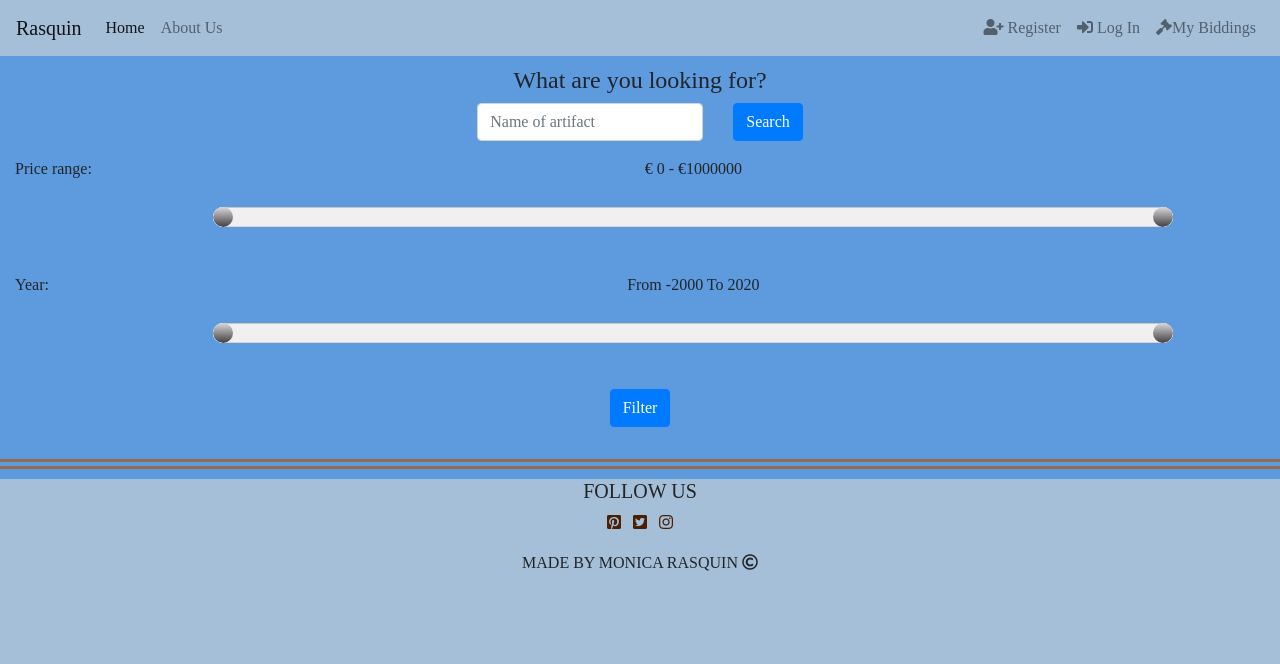
Repository: Rasquin/auction
Page: templates/base.html
The author's editor kept a record of every edit. The page is drawn from the files as they stood at one moment, then again after the next edit.
The browser window is 1280 px wide. The pictures show the whole page.
The template is drawn by Django 2.2. The application's start-up code is not run. Other server files are loaded and not shown. The template is opened directly, without the code that normally fills it, so the values that code supplies are empty.

Above is the page before.

### templates/base.html
<!DOCTYPE html>

{% load staticfiles %}

<html lang="en">

<head>
    <meta charset="UTF-8">
    <meta name="viewport" content="width=device-width, initial-scale=1.0">
    <meta http-equiv="X-UA-Compatible" content="ie=edge">

    <!-- Bootstrap compiled and minified CSS -->
    <link rel="stylesheet" href="https://stackpath.bootstrapcdn.com/bootstrap/4.3.1/css/bootstrap.min.css" integrity="sha384-ggOyR0iXCbMQv3Xipma34MD+dH/1fQ784/j6cY/iJTQUOhcWr7x9JvoRxT2MZw1T" crossorigin="anonymous">

    <!-- Font Awesome compiled and minified CSS -->
    <link rel="stylesheet" href="{% static 'font-awesome/css/all.css' %}">



    <!-- Own CSS -->
    <link rel="stylesheet" href="{% static 'css/mystyle.css' %}" type="text/css" />


    <!-- Own Scripts -->
    <script type="text/javascript" src="{% static 'js/myscript.js' %}"></script>



    {% block head_js %}
    {% endblock head_js %}

    <title>Monica's Auction</title>
</head>


<body>
    <!-- NavBar area -  Fixed masthead -->
    <nav class="navbar navbar-expand-lg navbar-light bg-light">
        <a class="navbar-brand" href="#">Rasquin</a>
        <button class="navbar-toggler" type="button" data-toggle="collapse" data-target="#navbarSupportedContent" aria-controls="navbarSupportedContent" aria-expanded="false" aria-label="Toggle navigation">
            <span class="navbar-toggler-icon"></span>
        </button>

        <div class="collapse navbar-collapse" id="navbarSupportedContent">
            <ul class="navbar-nav mr-auto">
                <li class="nav-item active">
                    <a class="nav-link" href="{% url 'index' %}">Home <span class="sr-only">(current)</span></a>
                </li>
                <li class="nav-item">
                    <a class="nav-link" href="#">About Us</a>
                </li>
            </ul>
            <ul class="navbar-nav navbar-right">
                    {% if user.is_authenticated %}
                        <li class="nav-item">
                            <a class="nav-link" href="{% url 'profile' %}"><i class="fa fa-user"></i> Profile</a>
                        </li>
                        <li class="nav-item">
                            <a class="nav-link" href="{% url 'logout' %}"><i class="fa fa-sign-out-alt"></i> Log Out</a>
                        </li>
                    {%  else %}
                        <li class="nav-item">
                            <a class="nav-link" href="{% url 'register' %}"><i class="fa fa-user-plus"></i> Register</a>
                        </li>
                        <li class="nav-item">
                            <a class="nav-link" href="{% url 'login' %}"><i class="fa fa-sign-in-alt"></i> Log In</a>
                        </li>
                    {% endif %}
                        <li class="nav-item">
                            <a class="nav-link" href="{% url 'view_my_biddings' %}">
                                <i class="fas fa-gavel"></i>My Biddings
                                {% if product_count > 0 %}
                                <label class="badge badge-warning">{{ product_count }}</label>
                                {% endif %}
                            </a>
                        </li>

                </ul>
        </div>
    </nav>

    <!-- Messages area -->
    {% if messages %}
        <div class="alert alert-success">
            <div class="messages">
                {% for message in messages %}
                    {{ message }}
                {% endfor %}
            </div>
        </div>
    {% endif %}

    <div class="container-general">
        <!-- Search area -->
        <div class="container-fluid border-bottom-double">
            <h4 class="text-center"> What are you looking for?</h4>
            <div class="row ">

                <!-- Search by name -->
                <form action="{% url 'search_by_name' %}" method="get" class="col-12">
                    {% csrf_token %}
                    <div class="form-group">
                        <div class="row justify-content-center">
                            <div class="col-auto">
                                <input type="text" class="form-control" id="artifact_name" name="artifact_name" required placeholder="Name of artifact">
                            </div>
                            <div class="col-auto">
                                <button class="btn btn-primary" type="search">Search</button>
                            </div>
                        </div>
                    </div>
                </form>

                <!-- Filters -->
                <form action="{% url 'filters' %}" method="post" class="col-12">
                    {% csrf_token %}

                    <!-- Price Filter -->
                    <div class="form-group">
                        <div class="row">
                            <div class="col-12 col-md-2">
                                <p>
                                    <label for="amount">Price range:</label>

                                </p>
                            </div>
                            <div class="col-12 col-md-9">

                                <section class="range-slider-price range-slider">

                                    <span class="rangePriceValues rangeValues"></span>
                                    <input value="0" min="0" max="1000000" step="500" type="range" name="min_price">
                                    <input value="1000000" min="0" max="1000000" step="500" type="range" name="max_price">
                                </section>
                            </div>
                        </div>
                    </div>
                    <!-- Year Filter -->
                    <div class="form-group">
                        <div class="row">
                            <div class="col-12 col-md-2">
                                <p>
                                    <label for="amount">Year:</label>

                                </p>
                            </div>
                            <div class="col-12 col-md-9">

                                <section class="range-slider-year range-slider">

                                    <span class="rangeYearValues"></span>
                                    <input value="-2000" min="-2000" max="2020" step="20" type="range" name="min_year">
                                    <input value="2020" min="-2000" max="2020" step="20" type="range" name="max_year">
                                </section>
                            </div>
                        </div>
                    </div>
                    <!-- Filter Button -->
                    <div class="form-group">
                        <div class="row">
                            <div class="col-12">
                                <p class="text-center">
                                    <button class="btn btn-primary" type="search">Filter</button>
                                </p>
                            </div>
                    </div>
                    </div>

                </form>

            </div>
        </div>

        <!-- Block content area -->
        <div class="container-fluid">
            {% block content %} {% endblock %}
        </div>

    </div>

    <!-- Footer area -->
    <footer class="container-fluid">


        <!-- SOCIAL MEDIA-->
        <div class="row ">
            <div class="col-12 text-center">
                <h5 class="text-uppercase">Follow Us</h5>
                <ul class="list-inline social-links">
                    <li class="list-inline-item"><a href="#"><i class="fab fa-pinterest-square"  aria-hidden="true"></i></a></li>
                    <li class="list-inline-item"><a href="#"><i class="fab fa-twitter-square" aria-hidden="true"></i></a></li>
                    <li class="list-inline-item"><a href="#"><i class="fab fa-instagram" aria-hidden="true"></i></a></li>
                </ul>
            </div>
        </div>

        <!--COPYRIGHT-->
        <div class="row ">
            <div class="col-12">

                <p class="text-center text-uppercase">Made by Monica Rasquin <i class="far fa-copyright"></i> </p>
            </div>
        </div>
    </footer>


    <!-- Bootstrap compiled and minified JavaScript -->
    <script src="https://code.jquery.com/jquery-3.3.1.slim.min.js" integrity="sha384-q8i/X+965DzO0rT7abK41JStQIAqVgRVzpbzo5smXKp4YfRvH+8abtTE1Pi6jizo" crossorigin="anonymous"></script>
    <script src="https://cdnjs.cloudflare.com/ajax/libs/popper.js/1.14.7/umd/popper.min.js" integrity="sha384-UO2eT0CpHqdSJQ6hJty5KVphtPhzWj9WO1clHTMGa3JDZwrnQq4sF86dIHNDz0W1" crossorigin="anonymous"></script>
    <script src="https://stackpath.bootstrapcdn.com/bootstrap/4.3.1/js/bootstrap.min.js" integrity="sha384-JjSmVgyd0p3pXB1rRibZUAYoIIy6OrQ6VrjIEaFf/nJGzIxFDsf4x0xIM+B07jRM" crossorigin="anonymous"></script>

</body>
</html>

### static/js/myscript.js
//--------------------------------------Slider for Prices filter
function getPriceVals() {
    // Get slider price values
    var parent = this.parentNode;
    var slides = parent.getElementsByTagName("input");
    var slide1 = parseFloat(slides[0].value);
    var slide2 = parseFloat(slides[1].value);
    // Neither slider will clip the other, so make sure we determine which is larger
    if (slide1 > slide2) { var tmp = slide2;
        slide2 = slide1;
        slide1 = tmp; }

    var displayElement = parent.getElementsByClassName("rangePriceValues")[0];
    displayElement.innerHTML = "€ " + slide1 + " - €" + slide2;
}

//--------------------------------------Slider for Year filter
function getYearVals() {
    // Get Year slider values
    var parent = this.parentNode;
    var slides = parent.getElementsByTagName("input");
    var slide1 = parseFloat(slides[0].value);
    var slide2 = parseFloat(slides[1].value);
    // Neither slider will clip the other, so make sure we determine which is larger
    if (slide1 > slide2) { var tmp = slide2;
        slide2 = slide1;
        slide1 = tmp; }

    var displayElement = parent.getElementsByClassName("rangeYearValues")[0];
    displayElement.innerHTML = "From " + slide1 + " To " + slide2;
}

//----------------------------------------------- Initialize Sliders
window.onload = function() {
    // For Price
    var sliderSectionsPrice = document.getElementsByClassName("range-slider-price");
    for (var x = 0; x < sliderSectionsPrice.length; x++) {
        var slidersPrice = sliderSectionsPrice[x].getElementsByTagName("input");
        for (var y = 0; y < slidersPrice.length; y++) {
            if (slidersPrice[y].type === "range") {
                slidersPrice[y].oninput = getPriceVals;
                // Manually trigger event first time to display values
                slidersPrice[y].oninput();
            }
        }
    }
    // For Year
    var sliderSectionsYear = document.getElementsByClassName("range-slider-year");
    for (var x = 0; x < sliderSectionsYear.length; x++) {
        var slidersYear = sliderSectionsYear[x].getElementsByTagName("input");
        for (var y = 0; y < slidersYear.length; y++) {
            if (slidersYear[y].type === "range") {
                slidersYear[y].oninput = getYearVals;
                // Manually trigger event first time to display values
                slidersYear[y].oninput();
            }
        }
    }
}

Loaded but not shown: static/font-awesome/css/all.css (library); static/css/mystyle.css (common file)

After the next edit:
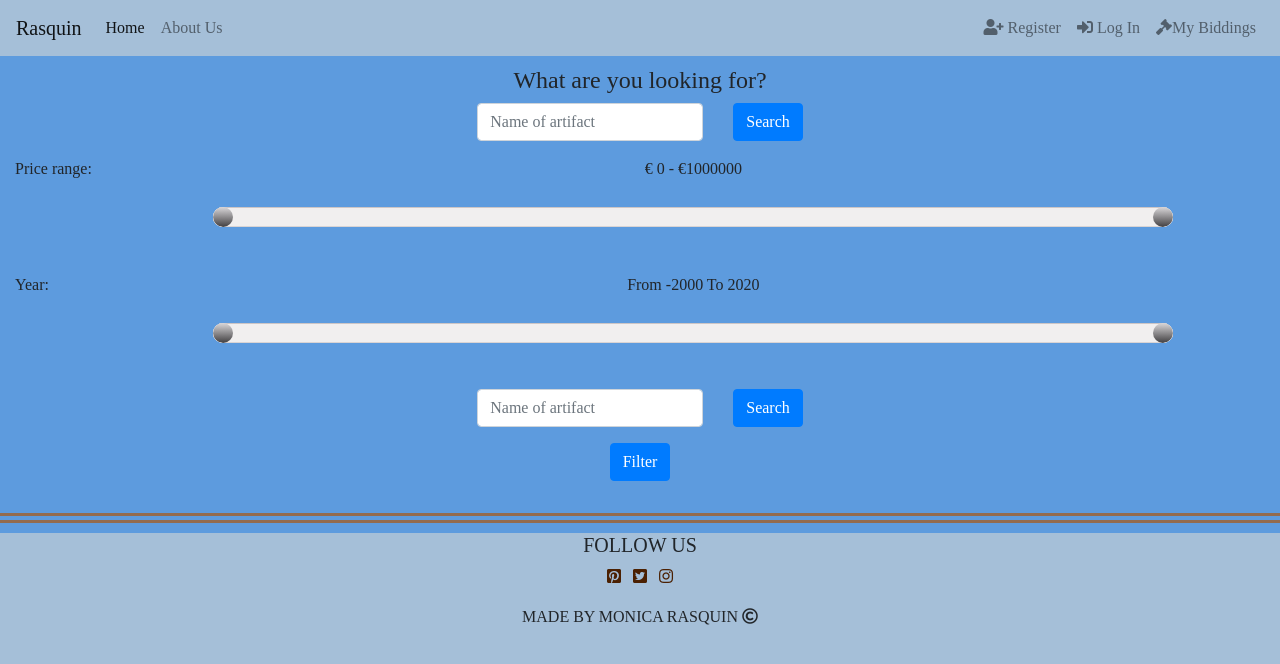
The edit:
--- a/templates/base.html
+++ b/templates/base.html
@@ -155,6 +155,17 @@
                             </div>
                         </div>
                     </div>
+                    <!-- Origin Filter -->
+                    <div class="form-group">
+                        <div class="row justify-content-center">
+                            <div class="col-auto">
+                                <input type="text" class="form-control" id="artifact_name" name="artifact_name" required placeholder="Name of artifact">
+                            </div>
+                            <div class="col-auto">
+                                <button class="btn btn-primary" type="search">Search</button>
+                            </div>
+                        </div>
+                    </div>
                     <!-- Filter Button -->
                     <div class="form-group">
                         <div class="row">
